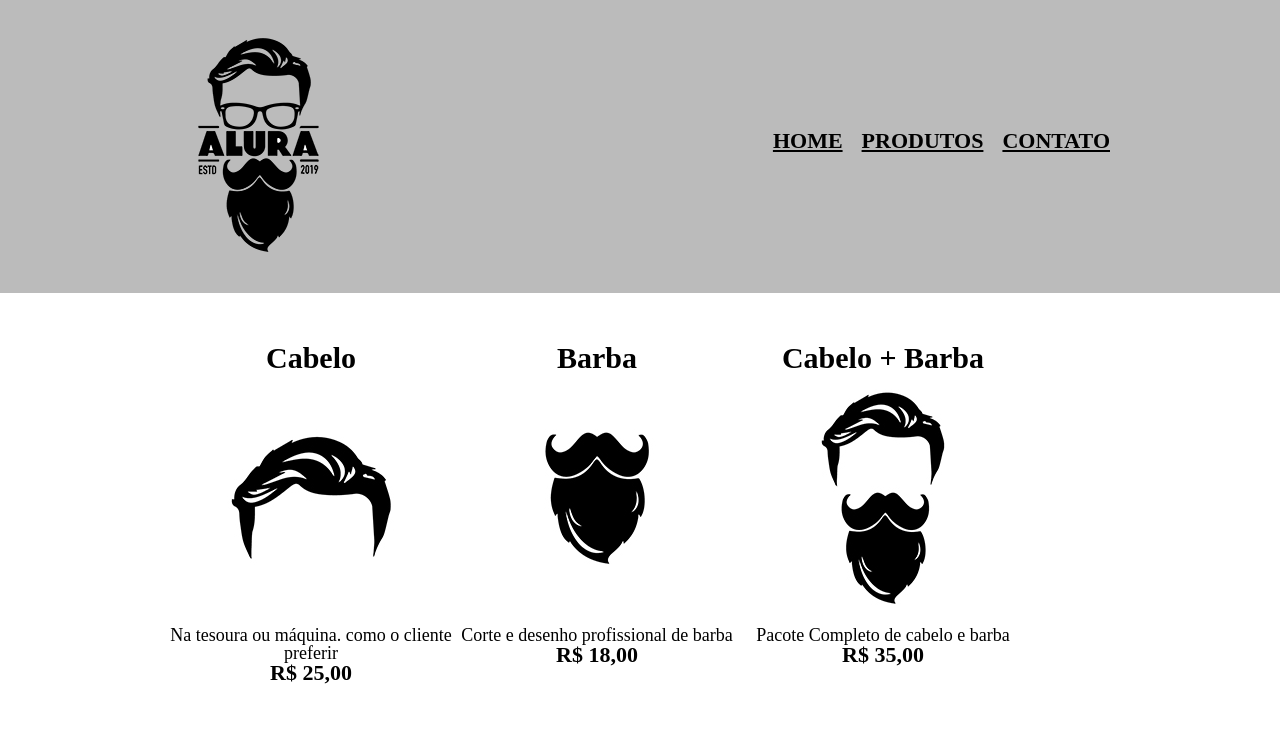
Repository: AnaBerlanda/AulaAlura
Page: produtos.html
These files come from the project's save history. The page is drawn as it stood at one moment and after the next save; the edit follows.
The browser window is 1280 px wide. The pictures show the whole page.

Above is the page before, as saved 2022-04-11 15:08:57.

### produtos.html
<!DOCTYPE html>
<html lang="pt-br">

<head>
    <meta charset="utf-8" />
    <title>Produtos - Barbearia Alura</title>
    <link type="text/css" rel="stylesheet" href="reset/reset.css">
    <link type="text/css" rel="stylesheet" href="produtos.css">

</head>
<body>
    <header>
        <div class="caixa">
            <h1><img src="imagem/logo.png"></h1>
            <nav>
                <ul>
                    <li><a href="index.html">Home</a></li>
                    <li><a href="produtos.html">Produtos</a></li>
                    <li><a href="contato.html">Contato</a></li>
                </ul>
            </nav>
        </div>
    </header>

    <main>
        <ul class="produtos">
            <li>
                <h2>Cabelo</h2>
                <img src="imagem/cabelo.jpg">
                <p class="produto-desc">Na tesoura ou máquina. como o cliente preferir</p>
                <p class="produto-preco">R$ 25,00</p>
            </li>
            <li><h2>Barba</h2>
                <img src="imagem/barba.jpg">
                <p class="produto-desc">Corte e desenho profissional de barba</p>
                <p class="produto-preco">R$ 18,00</p>
            </li>
            <li><h2>Cabelo + Barba</h2>
                <img src="imagem/cabelo+barba.jpg">
                <p class="produto-desc">Pacote Completo de cabelo e barba</p>
                <p class="produto-preco">R$ 35,00</p>
            </li>
        </ul>
    </main>



    </div>









    </header>

### produtos.css
header{
    background:#BBBBBB;
    padding: 20px 0;
}
.caixa{
    position: relative;
    width: 940px;
    margin: 0 auto;
}
nav{
    position:absolute;
    top: 110px;
    right: 0;
}
nav li{
    display: inline;
    margin: 0 0 0 15px;
}
nav a{
    text-transform: uppercase;
    color: #000000;
    font-weight: bold;
    font-size: 22px;
    text direction: none;
}
.produtos{
    width: 940px ;
    margin: 0 auto ;
    padding: 50px 0 ;
}
.produtos li{
    display: inline-block;
    text-align: center;
    width: 30%;
    vertical-align: top;
}
.produtos h2{
    font-size: 30px;
    font-weight: bold;
}
.produto-preco{
    font-size: 22px;
    font-weight: bold;
}
.produto-desc{
    font-size: 18px;
}

Loaded but not shown: reset/reset.css (common file)

After the next save:
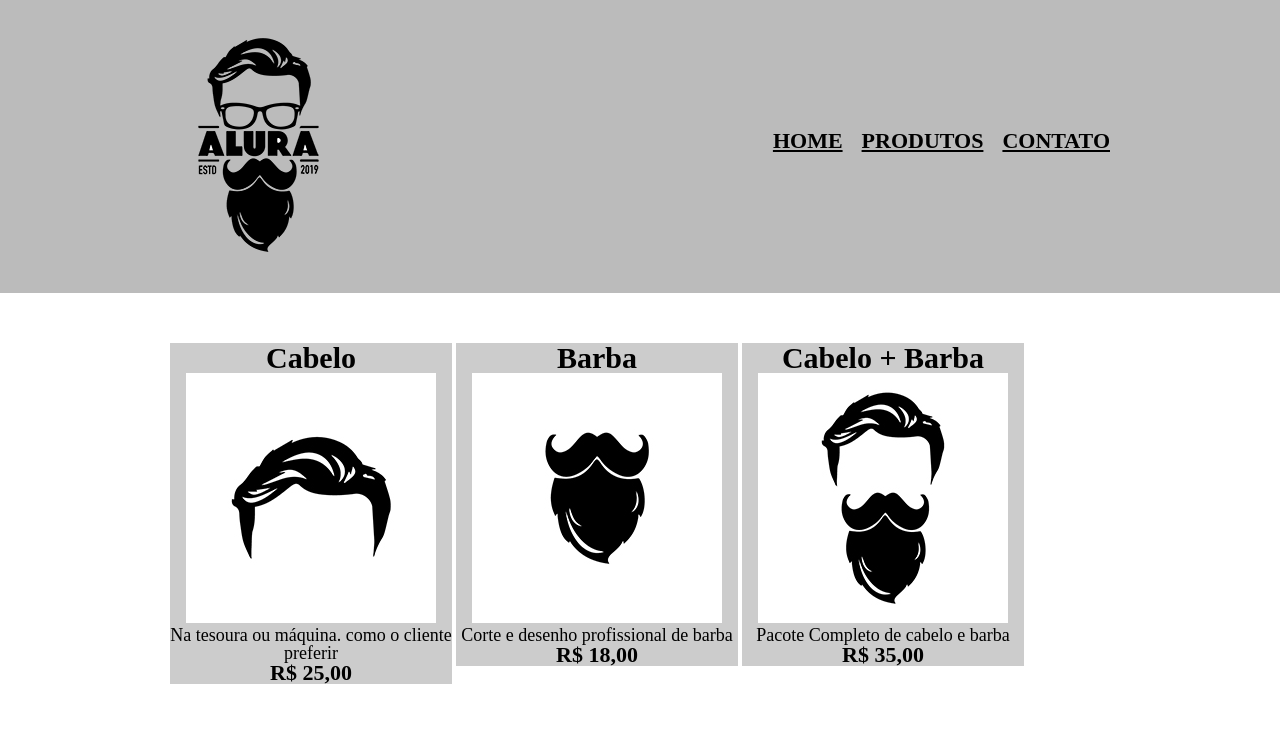
Saved 58 min 44 s later.
--- a/produtos.css
+++ b/produtos.css
@@ -33,6 +33,7 @@ nav a{
     text-align: center;
     width: 30%;
     vertical-align: top;
+    background-color: #cccccc;
 }
 .produtos h2{
     font-size: 30px;
